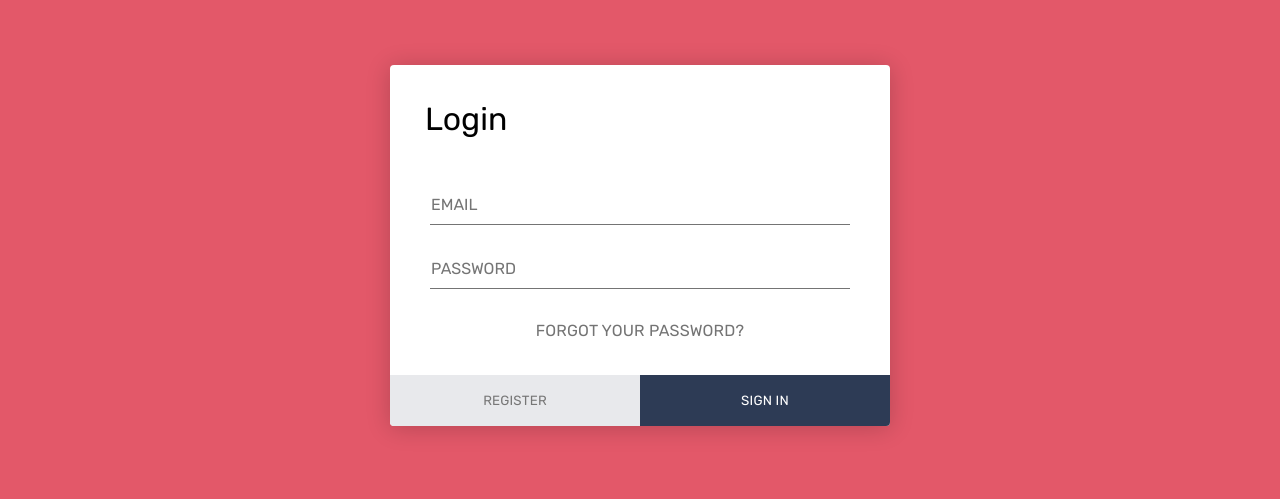
Repository: Shreya200012/FoodBox
Page: foodWeb/src/main/webapp/index.html
These files come from the project's save history. The page is drawn as it stood at one moment and after the next save; the edit follows.
The browser window is 1280 px wide. The pictures show the whole page.

Above is the page before, as saved 2022-06-11 05:31:21.
Console error: TypeError: document.querySelecter is not a function

After the next save:
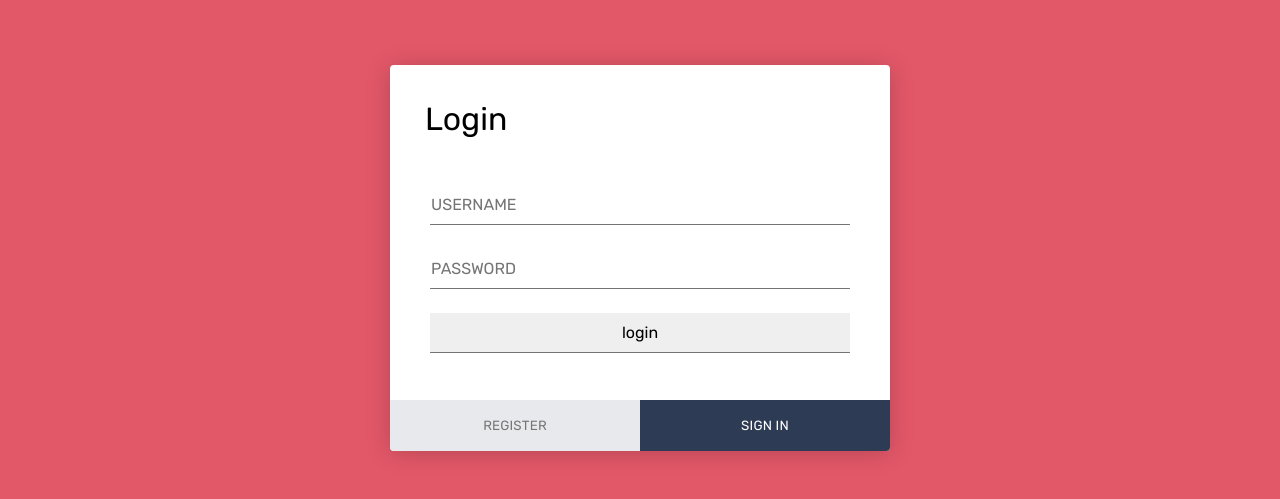
Saved 23 h 7 min later.
--- a/foodWeb/src/main/webapp/index.html
+++ b/foodWeb/src/main/webapp/index.html
@@ -14,12 +14,14 @@
     <h1>Login</h1>
     <div class="content">
       <div class="input-field">
-        <input type="email" placeholder="Email" autocomplete="nope">
+        <input type="text" placeholder="UserName" name="username" autocomplete="nope">
       </div>
       <div class="input-field">
-        <input type="password" placeholder="Password" autocomplete="new-password">
+        <input type="password" placeholder="Password" name="password" autocomplete="new-password">
       </div>
-      <a href="#" class="link">Forgot Your Password?</a>
+       <div class="input-field">
+        <input type="submit" value="login">
+      </div>
     </div>
     <div class="action">
       <button>Register</button>
